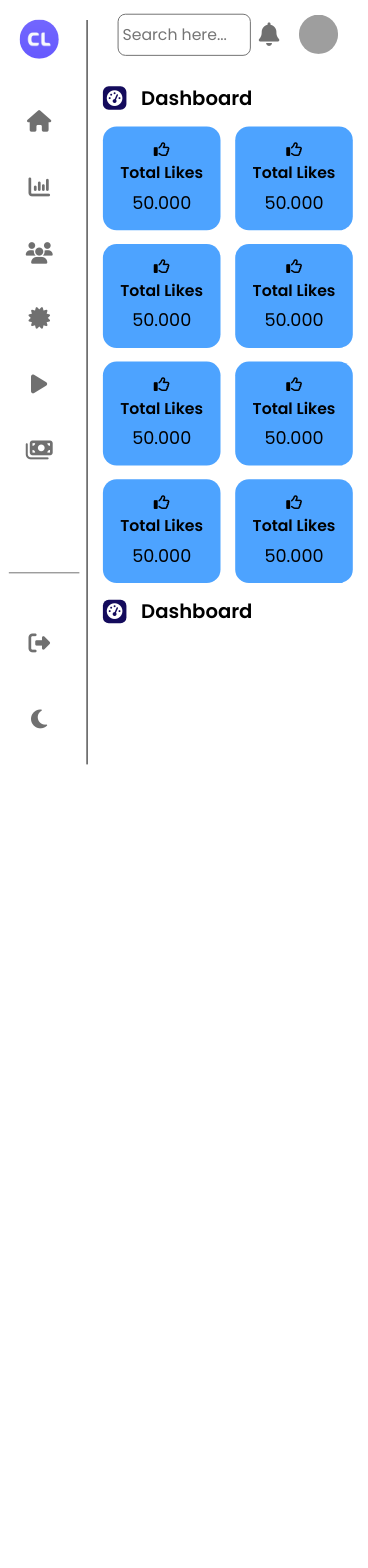
Repository: phamngocthang/practice-html-css
Page: Admin/dist/index.html
These files come from the project's save history. The page is drawn as it stood at one moment and after a run of saves; the edit follows.
The browser window is 375 px wide. The pictures show the whole page, at 98% of full size.
Pictures or frames that could not be fetched are drawn as grey boxes. The style sheet was rebuilt from its Sass, Less or Tailwind sources for each picture, by a compiler version that may differ from the author's.

Above is the page before, as saved 2023-10-28 12:57:05.

After the next 2 saves:
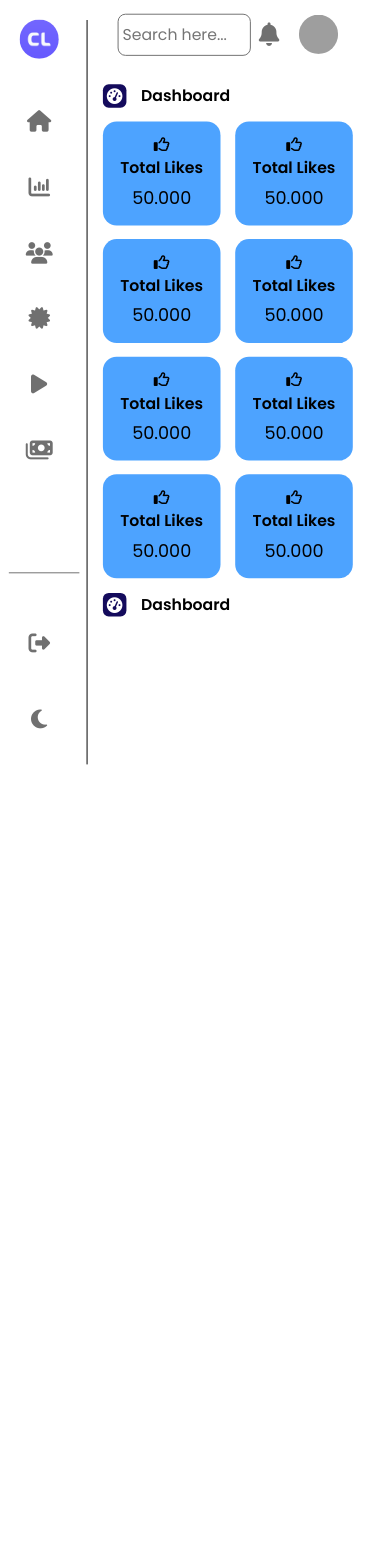
The 2 saves are shown as one change because they came seconds apart.
The last was saved 14 s later.
--- a/Admin/scss/main.scss
+++ b/Admin/scss/main.scss
@@ -471,7 +471,7 @@ nav.close {
                     }
                 }
                 &__name {
-                    font-size: 20px;
+                    font-size: 16px;
                 }
             }
             .data {
